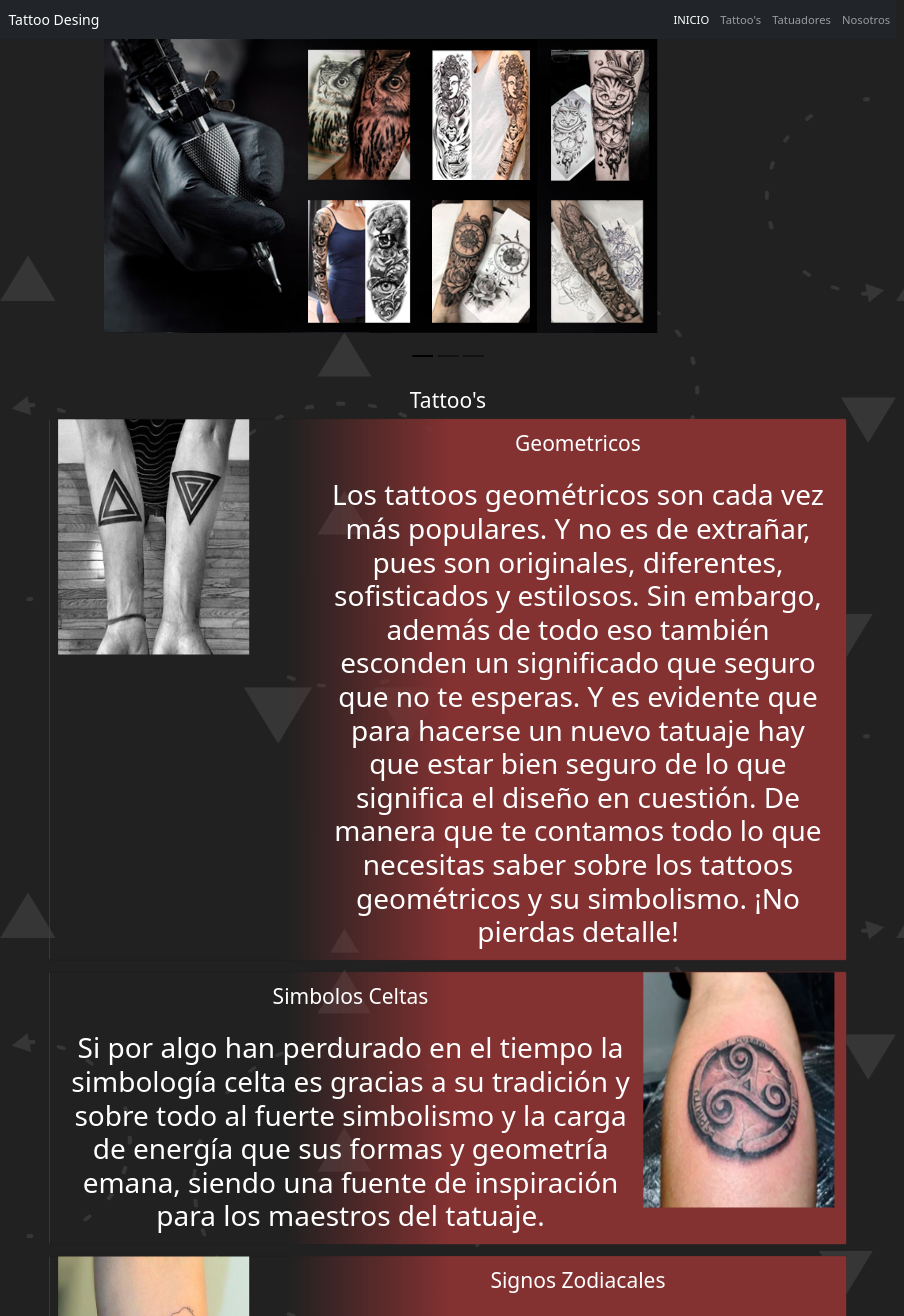
Repository: Vladimir-22/TatooDesign
Page: index.html
These files come from the project's save history. The page is drawn as it stood at one moment and after the next save; the edit follows.
The browser window is 1280 px wide. The page is 1292 px wide, so the pictures cover 1292 px, including what lies to the right of the window. The pictures show the part of the page from y = 0 to 1880 px (the page is 2874 px tall before and 1878 px after), at 70% of full size.
Some web libraries are served in a nearby version.

Above is the page before, as saved 2021-05-19 22:54:19.

### index.html
<!DOCTYPE html>
<html lang="es">
  <head>
    <meta charset="UTF-8" />
    <meta http-equiv="X-UA-Compatible" content="IE=edge" />
    <meta name="viewport" content="width=device-width, initial-scale=1.0" />
    <link
      href="https://cdn.jsdelivr.net/npm/bootstrap@5.0.0-beta3/dist/css/bootstrap.min.css"
      rel="stylesheet"
      integrity="sha384-eOJMYsd53ii+scO/bJGFsiCZc+5NDVN2yr8+0RDqr0Ql0h+rP48ckxlpbzKgwra6"
      crossorigin="anonymous"
    />
    <script
      src="https://cdn.jsdelivr.net/npm/bootstrap@5.0.0-beta3/dist/js/bootstrap.bundle.min.js"
      integrity="sha384-JEW9xMcG8R+pH31jmWH6WWP0WintQrMb4s7ZOdauHnUtxwoG2vI5DkLtS3qm9Ekf"
      crossorigin="anonymous"
    ></script>
    <script
      src="https://cdn.jsdelivr.net/npm/bootstrap@5.0.0-beta3/dist/js/bootstrap.bundle.min.js"
      integrity="sha384-JEW9xMcG8R+pH31jmWH6WWP0WintQrMb4s7ZOdauHnUtxwoG2vI5DkLtS3qm9Ekf"
      crossorigin="anonymous"
    ></script>
    <script
      src="https://cdn.jsdelivr.net/npm/@popperjs/core@2.9.1/dist/umd/popper.min.js"
      integrity="sha384-SR1sx49pcuLnqZUnnPwx6FCym0wLsk5JZuNx2bPPENzswTNFaQU1RDvt3wT4gWFG"
      crossorigin="anonymous"
    ></script>
    <script
      src="https://cdn.jsdelivr.net/npm/bootstrap@5.0.0-beta3/dist/js/bootstrap.min.js"
      integrity="sha384-j0CNLUeiqtyaRmlzUHCPZ+Gy5fQu0dQ6eZ/xAww941Ai1SxSY+0EQqNXNE6DZiVc"
      crossorigin="anonymous"
    ></script>
    <link
      rel="stylesheet"
      href="https://use.fontawesome.com/releases/v5.8.1/css/all.css"
      integrity="sha384-50oBUHEmvpQ+1lW4y57PTFmhCaXp0ML5d60M1M7uH2+nqUivzIebhndOJK28anvf"
      crossorigin="anonymous"
    />
    <link rel="stylesheet" href="css/styles.css" />
    <title>Tattoo Desing</title>
  </head>

  <body>
    <nav class="navbar navbar-expand-lg navbar-dark bg-dark">
      <div class="container-fluid">
        <!-- <i class="fas fa-bars"></i> -->

        <div class="col-md-9">
          <a class="navbar-brand" href="#">Tattoo Desing</a>

          <button
            class="navbar-toggler"
            type="button"
            data-bs-toggle="collapse"
            data-bs-target="#navbarNav"
            aria-controls="navbarNav"
            aria-expanded="false"
            aria-label="Toggle navigation"
          >
            <span class="navbar-toggler-icon"></span>
          </button>
        </div>

        <div class="col-md-3 collapse navbar-collapse" id="navbarNav">
          <ul class="navbar-nav">
            <li class="nav-item">
              <a class="nav-link active" aria-current="page" href="#">INICIO</a>
            </li>
            <li class="nav-item">
              <a class="nav-link" href="tattoo's.html">Tattoo's</a>
            </li>
            <li class="nav-item">
              <a class="nav-link" href="tatuadores.html">Tatuadores</a>
            </li>
            <li class="nav-item">
              <a
                class="nav-link"
                href="nosotros.html"
                tabindex="-1"
                aria-disabled="true"
                >Nosotros</a
              >
            </li>
          </ul>
        </div>
      </div>
    </nav>

    <div class="container">
      <div class="row" id="carrusel">
        <div
          id="carouselExampleDark"
          class="carousel carousel-dark slide"
          data-bs-ride="carousel"
        >
          <div class="carousel-indicators">
            <button
              type="button"
              data-bs-target="#carouselExampleDark"
              data-bs-slide-to="0"
              class="active"
              aria-current="true"
              aria-label="Slide 1"
            ></button>
            <button
              type="button"
              data-bs-target="#carouselExampleDark"
              data-bs-slide-to="1"
              aria-label="Slide 2"
            ></button>
            <button
              type="button"
              data-bs-target="#carouselExampleDark"
              data-bs-slide-to="2"
              aria-label="Slide 3"
            ></button>
          </div>

          <div class="carousel-inner">
            <div class="carousel-item active" data-bs-interval="10000">
              <img
                id="imgCarrusel"
                src="./Agos/Carrusel/trae-tu-diseño.png"
                class="d-block w-20"
                alt="..."
              />
              <!-- <div class="carousel-caption d-none d-md-block">
                            <h5>First slide label</h5>
                            <p>Some representative placeholder content for the first slide.</p>
                        </div> -->
            </div>
            <div class="carousel-item" data-bs-interval="4000">
              <img
                id="imgCarrusel"
                src="./Agos/Carrusel/Tendencias.png"
                class="d-block w-20"
                alt="..."
              />
              <!-- <div class="carousel-caption d-none d-md-block">
                            <h5>Second slide label</h5>
                            <p>Some representative placeholder content for the second slide.</p>
                        </div> -->
            </div>
            <div class="carousel-item" data-bs-interval="2000">
              <img
                id="imgCarrusel"
                src="./Agos/Carrusel/Tatuadores-banner.png"
                class="d-block w-20"
                alt="..."
              />
              <!-- <div class="carousel-caption d-none d-md-block">
                            <h5>Third slide label</h5>
                            <p>Some representative placeholder content for the third slide.</p>
                        </div> -->
            </div>
          </div>

          <!-- <button class="carousel-control-prev" type="button" data-bs-target="#carouselExampleDark" data-bs-slide="prev">
                  <span class="carousel-control-prev-icon" aria-hidden="true"></span>
                  <span class="visually-hidden">Previous</span>
                </button>
                <button class="carousel-control-next" type="button" data-bs-target="#carouselExampleDark" data-bs-slide="next">
                  <span class="carousel-control-next-icon" aria-hidden="true"></span>
                  <span class="visually-hidden">Next</span>
                </button> -->
        </div>
      </div>

      <div class="row section2 text-center">
        <h1>Tattoo's</h1>
      </div>

      <div class="row">
        <!-- <div class="card mb-3">
                <img src="./Pedro/Categorías - Signos Zodiacales/Simbolos Celtas.PNG" class="card-img-top" alt="...">
                <div class="card-body">
                    <h5 class="card-title">Card title</h5>
                    <p class="card-text">This is a wider card with supporting text below as a natural lead-in to additional content. This content is a little bit longer.</p>
                    <p class="card-text"><small class="text-muted">Last updated 3 mins ago</small></p>
                </div>
            </div> -->

        <div id="Geometricos" class="card mb-3" style="max-width: auto">
          <div class="row g-0">
            <div class="col-md-4">
              <img
                id="imagen"
                src="./Pedro/Categorías - descripcion inicio/Tatuajes Geometricos.jpg"
                alt="..."
              />
            </div>
            <div class="col-md-8">
              <div class="card-body">
                <h1 class="card-title">Geometricos</h1>
                <br />
                <h5 id="descrip-gral" class="card-text">
                  Los tattoos geométricos son cada vez más populares. Y no es de
                  extrañar, pues son originales, diferentes, sofisticados y
                  estilosos. Sin embargo, además de todo eso también esconden un
                  significado que seguro que no te esperas. Y es evidente que
                  para hacerse un nuevo tatuaje hay que estar bien seguro de lo
                  que significa el diseño en cuestión. De manera que te contamos
                  todo lo que necesitas saber sobre los tattoos geométricos y su
                  simbolismo. ¡No pierdas detalle!
                </h5>
                <!-- <p class="card-text"><small class="text-muted">Última actualización 3 minutos</small></p> -->
              </div>
            </div>
          </div>
        </div>

        <div id="Celtas" class="card mb-3" style="max-width: auto">
          <div class="row g-0">
            <div class="col-md-9">
              <div class="card-body">
                <h1 class="card-title">Simbolos Celtas</h1>
                <br />
                <h5 id="descrip-gral" class="card-text">
                  Si por algo han perdurado en el tiempo la simbología celta es
                  gracias a su tradición y sobre todo al fuerte simbolismo y la
                  carga de energía que sus formas y geometría emana, siendo una
                  fuente de inspiración para los maestros del tatuaje.
                </h5>
                <!-- <p class="card-text"><small class="text-muted">Última actualización 3 minutos</small></p> -->
              </div>
            </div>
            <div class="col-md-3">
              <img
                id="imagen"
                src="./Pedro/Categorías - descripcion inicio/Simbolos Celtas.jpg"
                alt="..."
              />
            </div>
          </div>
        </div>

        <div id="Zodiacales" class="card mb-3" style="max-width: auto">
          <div class="row g-0">
            <div class="col-md-4">
              <img
                id="imagen"
                src="./Pedro/Categorías - descripcion inicio/Signos Zodiacales.jpg"
                alt="..."
              />
            </div>
            <div class="col-md-8">
              <div class="card-body">
                <h1 class="card-title">Signos Zodiacales</h1>
                <br />
                <h5 id="descrip-gral" class="card-text">
                  Si quieres hacerte un tatuaje, pero aún no te decides por un
                  modelo, puedes revisar el significado de tu signo zodiacal,
                  como bien sabes cada uno posee un símbolo, animal o piedra que
                  te puede servir como inspiración. Así que si crees en el
                  horóscopo o los astros te invitamos a que conozcas algunas
                  ideas de diseños de tatuajes según tu signo del zodiaco.
                </h5>
                <!-- <p class="card-text"><small class="text-muted">Última actualización 3 minutos</small></p> -->
              </div>
            </div>
          </div>
        </div>
      </div>
    </div>
  </body>
  <footer>
    <div class="footer" id="footer">
      <div id="footer" class="card mb-3" style="auto"></div>
        <div class="container">
            <div class="row">
                <div class="col">
                        <a class="nav-link active" aria-current="page" href="#">INICIO</a>
                    </div>
                </div>
                <div class="col-md-2"></div>
            </div>
            <div class="row">
                <div class="col"></div>
                <div class="col-md-8">
                    <h5 id="descrip-gral" class="card-text">
                        Esta página esta creada para aquellos que buscan realizarse un
                        tatuaje y no saben que hacerse o en donde. En ella vas a encontrar a los mejores tatuadores de San Juan.<br>
                        Domicilio: Calle falsa 123<br>
                        Telefono: (541) 754-3010<br>
                        Correo: Desingtatto@hsdf.com<br>
                    </h5>
                </div>
                <div class="col"></div>
            </div>
            <div class="row">
                <div class="col"></div>
                <div class="col"></div>
                <div class="col-md-3">
                    <a class="nav-link" href="nosotros.html" tabindex="-1" aria-disabled="true" >Nosotros</a>
                </div>
            </div>
      </div>
    </div>
  </footer>
</html>

### css/styles.css
body {
    margin: 0 !important;
    padding: 0;
    position: relative;
    /*width: 1440px;
    height: 1024px;*/
    background: #212121;
    background-image: url(../Daniela/Background.png);
    background-position: center;
    background-size: contain;
    /* font-family: NanumGothic; */
}

.section2 {
    margin-top: 7%;
    color: white;
}

.section3 {
    margin-top: 3%;
    color: white;
}

h1 {
    font-size: 30px;
}

h2 {
    font-size: 21px;
}

h3 {
    font-size: 18px;
}

h1,
h2,
h3 {
    color: white;
    text-align: center;
}
h5{
    color: white;
    text-align: center;
    font-weight:100;
    font-size: 40px;
}


/*.card img {
    width: 30%;
    height: 30%;
    align-content: center;
} */

nav {
    position: absolute;
    left: 0% !important;
    right: 0% !important;
    top: 0% !important;
    bottom: 0% !important;
    background: #000000 !important;
}

.carousel-indicators {
    left: 0% !important;
    right: 0% !important;
    top: 105% !important;
    bottom: 0% !important;
    margin-top: 0% !important;
}

.carousel-inner {
    left: 6% !important;
    right: 0% !important;
    top: 0% !important;
}



#Geometricos,
#Celtas,
#Zodiacales{
    background: linear-gradient(270deg, #833131 50%, rgba(131, 49, 49, 0) 70.34%);
    border-radius: 4px;
}

#nosotros
{
    background: none;
}

#descrip-gral {
    color: white;
}

#imagen {
    width: 273px;
    height: 336px;
}

#Celtas #imagen {
    right: 100% !important;
    top: 660px;
}

After the next save:
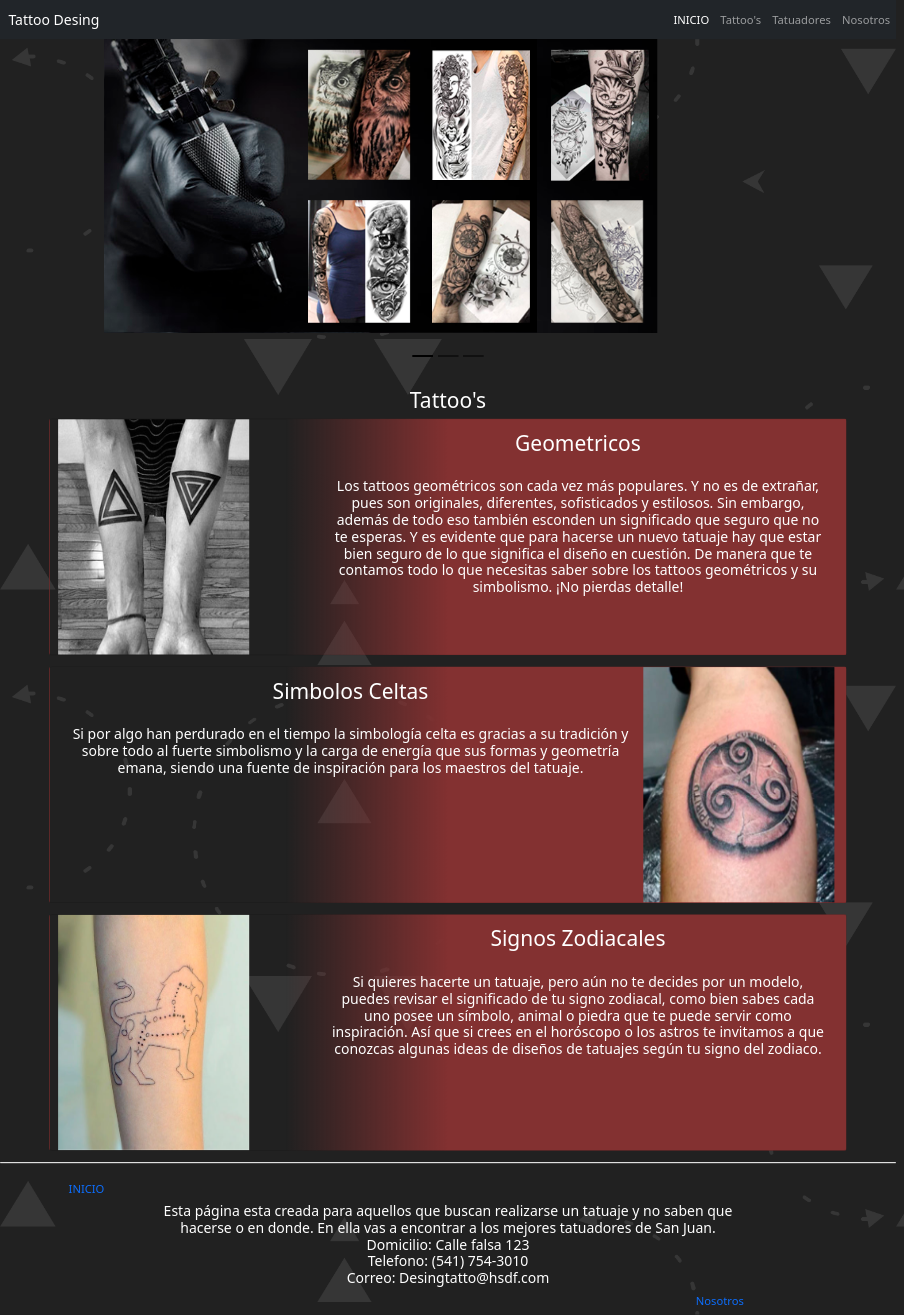
Saved 12 s later.
--- a/css/styles.css
+++ b/css/styles.css
@@ -43,7 +43,7 @@ h5{
     color: white;
     text-align: center;
     font-weight:100;
-    font-size: 40px;
+
 }
 
 
